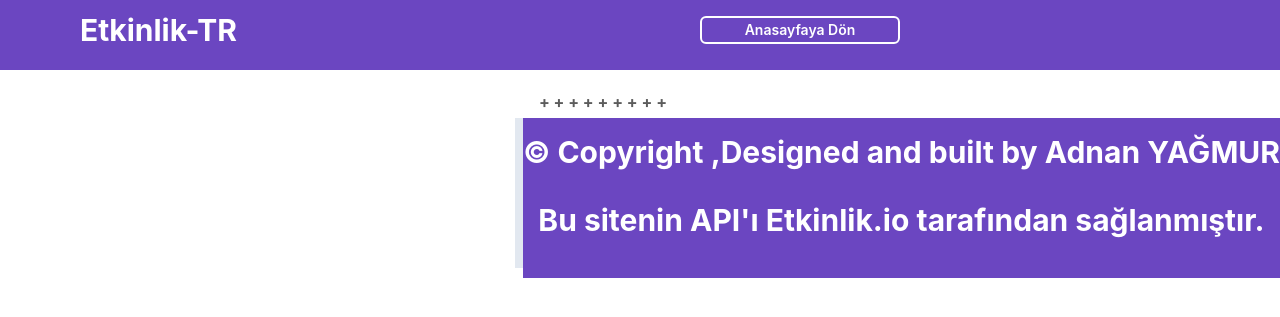
Repository: adnanyagmur/EtsTur-FrontEnd-Hiring-Challange
Page: /detailPage
An editor plug-in stored every save of this project. The page is shown before and after the next save, followed by the edit.
The browser window is 1280 px wide. The pictures show the whole page.
The project was rebuilt for these pictures with package versions that can differ from the ones it lists, and the page was loaded fresh each time. Also part of the build but not shown: src/index.css, src/components/eventList/EventList.jsx, src/components/hompage/HomePage.jsx, src/pastApi/json.js, src/components/pastEventList/PastList.jsx.

Above is the page before, as saved 2022-06-21 21:53:00.

### src/index.js
import React from 'react';
import ReactDOM from 'react-dom/client';
import './index.css';
import App from './App';
import {BrowserRouter} from "react-router-dom";
import { ChakraProvider, theme } from '@chakra-ui/react'



const root = ReactDOM.createRoot(document.getElementById('root'));
root.render(
  <React.StrictMode>
    <BrowserRouter>
    <ChakraProvider theme={theme}>
    <App />
    </ChakraProvider>
    </BrowserRouter>
  </React.StrictMode>
);

### src/App.js

import { Route, Routes } from "react-router-dom";
import DetailPage from "./components/detailPage/DetailPage";
import HomePage from "./components/hompage/HomePage";
import PastList from "./components/pastEventList/PastList"





function App() {

  return (
    <div>

    <Routes>
      <Route path="/" element={<HomePage></HomePage>}></Route>
      <Route path="/detailPage" element={<DetailPage></DetailPage>}></Route>

      /gecmisEtkinlikler

      <Route path="/gecmisEtkinlikler" element={<PastList></PastList>}></Route>

    </Routes>

    </div>

  );
}

export default App;

### src/components/detailPage/DetailPage.jsx


import { Grid, Box, GridItem, Text, SimpleGrid, Input, InputGroup, Button, InputRightElement } from '@chakra-ui/react';
import { useNavigate } from 'react-router-dom';


const DetailPage= ()=> {



    const name = localStorage.getItem("name");
    const image = localStorage.getItem("image");
    const category = localStorage.getItem("category");
    const description = localStorage.getItem("description");
    const price = localStorage.getItem("price");
    const basTarih =  localStorage.getItem("basTarih");
    const bitistarihi = localStorage.getItem("bitistarihi");
    const venue= localStorage.getItem("venue");
    const ticketLink = localStorage.getItem("ticketLink");
    const address = localStorage.getItem("address");
    const district=  localStorage.getItem("district");


    const navigation = useNavigate();
    const handleClick = () => {
        navigation("/")
    }


    return(
        <div>



     <Grid
          templateAreas={`"header header"
                  "nav main"
                  "nav footer"`}
          gridTemplateRows={'70px 1fr 150px'}
          gridTemplateColumns={'1fr'}
          h='200px'
          gap='1'
          color='blackAlpha.700'
          fontWeight='bold'
        >
          <GridItem pt='2' pl='80px' bg='purple.600' color='white' area={'header'}>
            <SimpleGrid columns={[null, 2]} spacing='40px'>
              <Text as='span' fontSize='3xl' >Etkinlik-TR</Text>

              <Button bg='purple.600' w="200px" mr='2' h='1.75rem' size='sm' mt="2" border='2px' borderColor='white' onClick={handleClick} >
               Anasayfaya Dön
              </Button>
            </SimpleGrid>


          </GridItem>

          <GridItem pl='6' pt='4' pr='6' bg='white' area={'main'} >

            <SimpleGrid columns={[1, null, 2, 3, 4, 5]} spacing='40px'>

            {name}  +  {image} + {category} + {description} + {price} + {basTarih}  +{bitistarihi}

{venue }  + {ticketLink}  + {address} + {district}


            </SimpleGrid>
          </GridItem>
          <GridItem pl='2' bg='gray.200' area={'footer'}>
            <SimpleGrid columns={1} color='white' >
              <Box pt='3' bg='purple.600' textAlign="center" height='80px'> <Text fontSize='3xl' >© Copyright ,Designed and built by Adnan YAĞMUR</Text></Box>
              <Box bg='purple.600' textAlign="center" height='80px'><Text fontSize='3xl' >Bu sitenin API'ı <a href='https://etkinlik.io/'>Etkinlik.io</a> tarafından sağlanmıştır.</Text></Box>
            </SimpleGrid>
          </GridItem>
        </Grid>


        </div>
    )
}

export default DetailPage;

Loaded but not shown: public/index.html (common file)

After the next save:
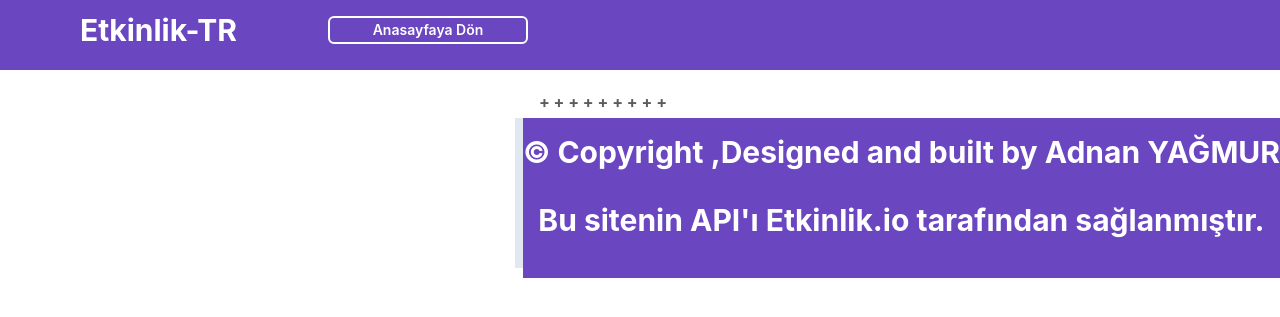
Saved 21 s later.
--- a/src/components/detailPage/DetailPage.jsx
+++ b/src/components/detailPage/DetailPage.jsx
@@ -44,7 +44,7 @@ const DetailPage= ()=> {
           fontWeight='bold'
         >
           <GridItem pt='2' pl='80px' bg='purple.600' color='white' area={'header'}>
-            <SimpleGrid columns={[null, 2]} spacing='40px'>
+            <SimpleGrid columns={[null, 5]} spacing='40px'>
               <Text as='span' fontSize='3xl' >Etkinlik-TR</Text>
 
               <Button bg='purple.600' w="200px" mr='2' h='1.75rem' size='sm' mt="2" border='2px' borderColor='white' onClick={handleClick} >
